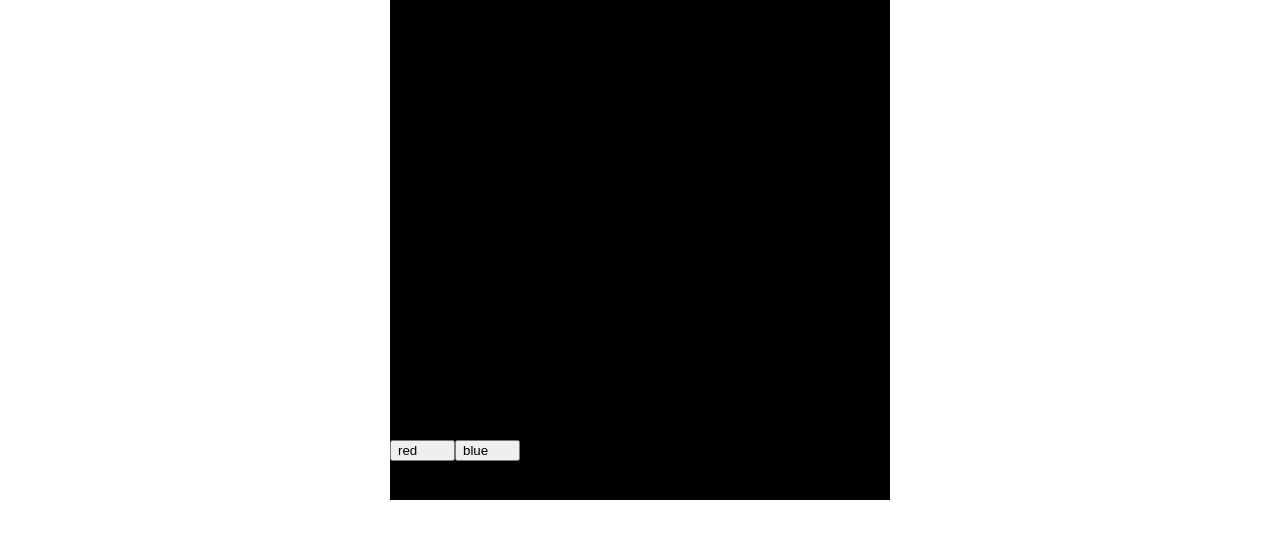
Repository: iliailia12/Individual-lessons
Page: Day 99/Classwork/index.html
These files come from the project's save history. The page is drawn as it stood at one moment and after the next save; the edit follows.
The browser window is 1280 px wide. The pictures show the whole page.

Above is the page before, as saved 2026-06-06 04:26:48.

After the next save:
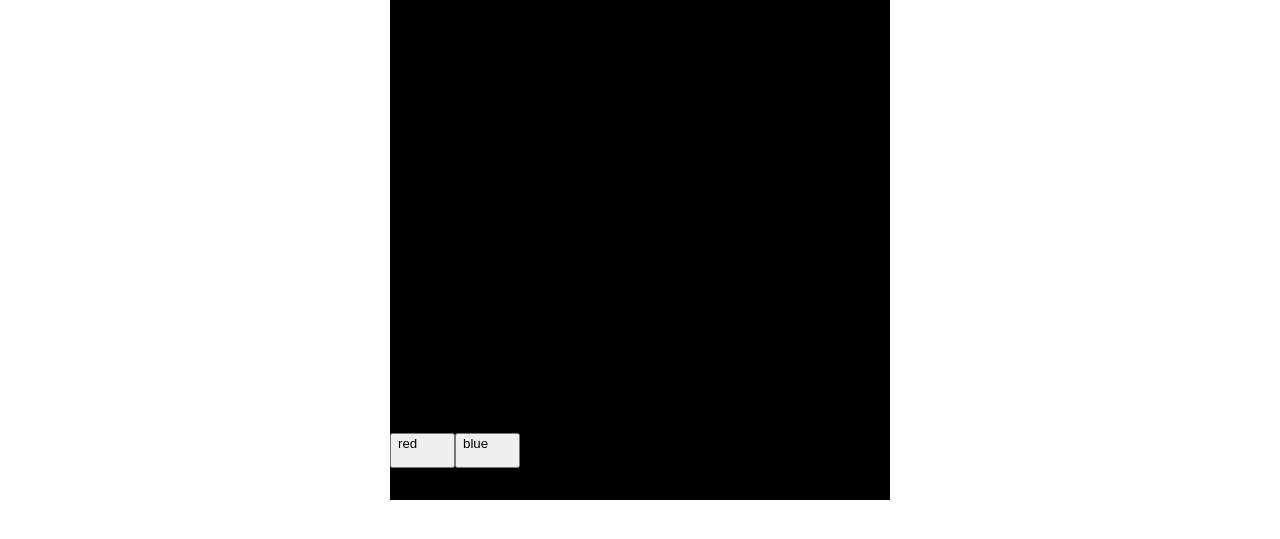
Saved 5 s later.
--- a/Day 99/Classwork/style.css
+++ b/Day 99/Classwork/style.css
@@ -22,5 +22,5 @@
     display: flex;
     gap: 35px;
     width: 65px;
-    he
+    height: 35px;
 }
